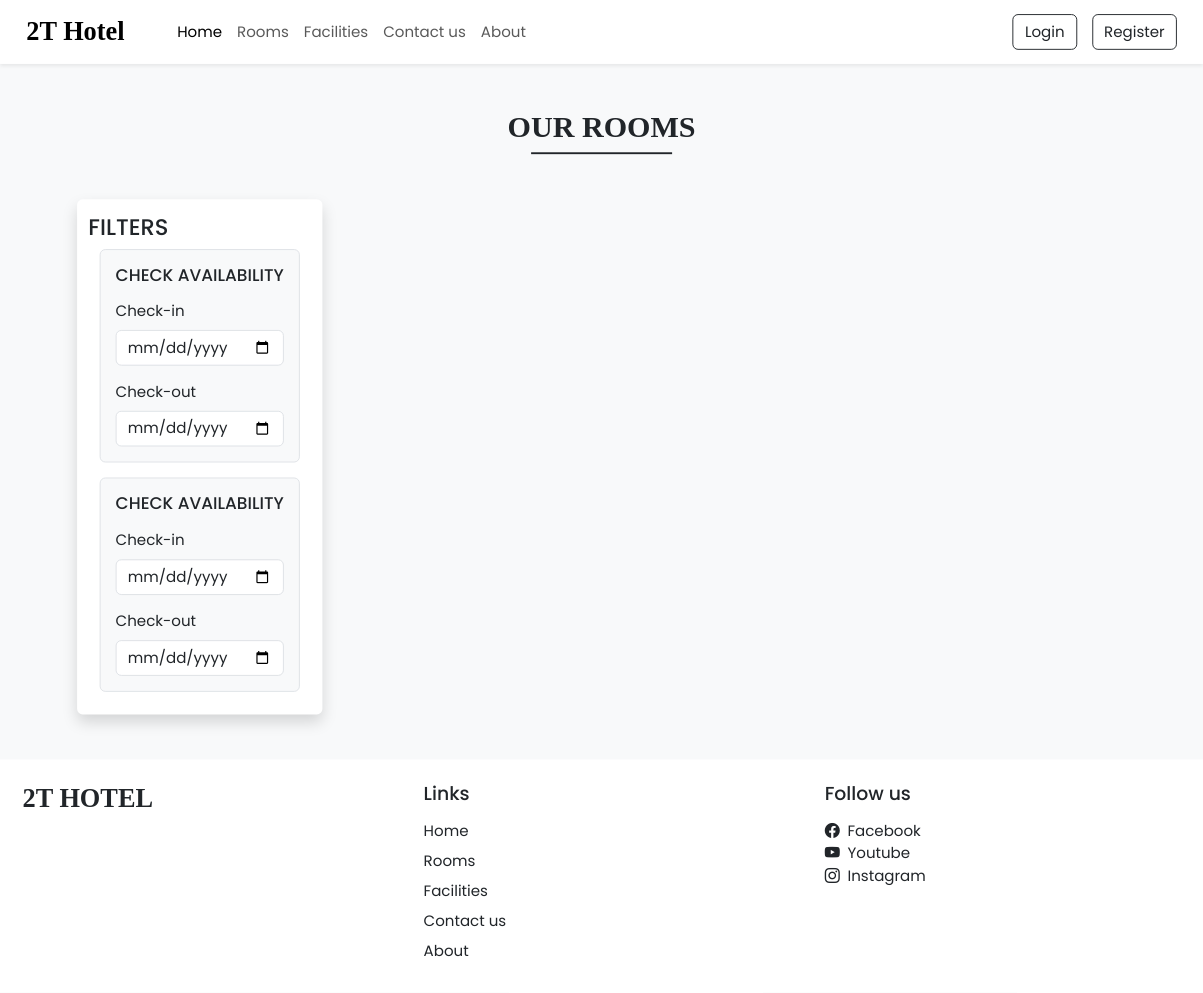
Repository: TaTongThanh2003/DoAnCoSo2024_BookingHotelWebsite
Page: http://localhost/WebsiteBookingHotel/rooms.php
An editor plug-in stored every save of this project. The page is shown before and after the next save, followed by the edit.
The browser window is 1280 px wide. The pictures show the whole page, at 94% of full size.
Some web fonts or font styles are not loaded; a fallback is used. The page is run by PHP 8.4 with error messages shown; the project is at /var/www/html/.

Above is the page before, as saved 2024-03-22 16:02:55.

### WebsiteBookingHotel/rooms.php
<!DOCTYPE html>
<html lang="en">

<head>
    <meta charset="UTF-8">
    <meta http-equiv="X-UA-Compatible" content="IE-edge">
    <meta name="viewport" content="width=device-width, initial-scale=1.0">
    <title>2T Hotel - ROOMS</title>
    <?php require('inc/links.php'); ?>
    <style>
    .pop:hover {
        border-top-color: var(--teal) !important;
        transform: scale(1.03);
        transition: all 0.3s;
    }
    </style>
    <link rel="stylesheet" href="https://cdn.jsdelivr.net/npm/swiper@11/swiper-bundle.min.css" />
    <style>
    @media screen and (max-width: 575px) {
        .availability-form {
            margin: 25px;
            padding: 0 35px;
        }
    }
    </style>
</head>

<body class="bg-light">
    <?php require('inc/header.php'); ?>

    <div class="my-5 px-4">
        <h2 class="fw-bold h-font text-center">OUR ROOMS</h2>
        <div class="h-line bg-dark"></div>
    </div>
    <div class="container">
        <div class="row">
            <div class="col-lg-3">
                <nav class="navbar navbar-expand-lg navbar-light bg-white rounded shadow ">
                    <div class="container-fluid flex-lg-column align-items-stretch">
                        <h4 class="mt-2">FILTERS</h4>
                        <button class="navbar-toggler" type="button" data-bs-toggle="collapse"
                            data-bs-target="#navbarNav" aria-controls="filterDropdown" aria-expanded="false"
                            aria-label="Toggle navigation">
                            <span class="navbar-toggler-icon"></span>
                        </button>
                        <div class="collapse navbar-collapse flex-column" id="filterDropdown">
                            <div class="border bg-light p-3 rounded mb-3">
                                <h5 class="mb-3" style="font-size: 18px;">CHECK AVAILABILITY</h5>
                                <label class="form-label">Check-in</label>
                                <input type="date" class="form-control shadow-none mb-3">
                                <label class="form-label">Check-out</label>
                                <input type="date" class="form-control shadow-none">
                            </div>
                            <div class="border bg-light p-3 rounded mb-3">
                                <h5 class="mb-3" style="font-size: 18px;">CHECK AVAILABILITY</h5>
                                <label class="form-label">Check-in</label>
                                <input type="date" class="form-control shadow-none mb-3">
                                <label class="form-label">Check-out</label>
                                <input type="date" class="form-control shadow-none">
                            </div>
                        </div>
                    </div>
                </nav>
            </div>
        </div>
    </div>

    <!-- footer -->
    <?php require('inc/footer.php'); ?>




    <!-- <script src="https://cdn.jsdelivr.net/npm/swiper@11/swiper-bundle.min.js"></script>
    <script src="https://cdn.jsdelivr.net/npm/bootstrap@5.3.3/dist/js/bootstrap.bundle.min.js"
        integrity="sha384-YvpcrYf0tY3lHB60NNkmXc5s9fDVZLESaAA55NDzOxhy9GkcIdslK1eN7N6jIeHz" crossorigin="anonymous">
    </script> -->
    <!-- <script>
    var swiper = new Swiper(".swiper-container", {
        spaceBetween: 30,
        effect: "fade",
        loop: true,
        autoplay: {
            delay: 3500,
            disableOnInteraction: false,
        }
    });
    var swiper = new Swiper(".swiper-testimonials", {
        effect: "coverflow",
        grabCursor: true,
        centeredSlides: true,
        slidesPerView: "auto",
        slidesPerView: "3",
        loop: true,
        coverflowEffect: {
            rotate: 50,
            stretch: 0,
            depth: 100,
            modifier: 1,
            slideShadows: false,
        },
        pagination: {
            el: ".swiper-pagination",
        },
        breakpoints: {
            320: {
                slidesPerView: 1,
            },
            640: {
                slidesPerView: 1,
            },
            768: {
                slidesPerView: 2,
            },
            1024: {
                slidesPerView: 3,
            },
        }
    });
    </script> -->
</body>

</html>

### WebsiteBookingHotel/inc/links.php
<link href="https://cdn.jsdelivr.net/npm/bootstrap@5.3.3/dist/css/bootstrap.min.css" rel="stylesheet"
    integrity="sha384-QWTKZyjpPEjISv5WaRU9OFeRpok6YctnYmDr5pNlyT2bRjXh0JMhjY6hW+ALEwIH" crossorigin="anonymous">
<link href="https://fonts.googleapis.com/css2?family=Merienda:wght@400;700&family=Poppins:wght@400;500;600&display=swap"
    rel="stylesheet">
<link rel="stylesheet" href="https://cdn.jsdelivr.net/npm/bootstrap-icons@1.11.3/font/bootstrap-icons.min.css">
<link rel="stylesheet" href="css/common.css">

### WebsiteBookingHotel/inc/header.php
<nav class="navbar navbar-expand-lg navbar-light bg-white px-lg-3 py-lg-2 shadow-sm sticky-top">
    <div class="container-fluid">
        <a class="navbar-brand me-5 fw-bold fs-3 h-font" href="index.php">2T Hotel</a>
        <button class="navbar-toggler shadow-none" type="button" data-bs-toggle="collapse"
            data-bs-target="#navbarSupportedContent" aria-controls="navbarSupportedContent" aria-expanded="false"
            aria-label="Toggle navigation">
            <span class="navbar-toggler-icon"></span>
        </button>
        <div class="collapse navbar-collapse" id="navbarSupportedContent">
            <ul class="navbar-nav me-auto mb-2 mb-lg-0">
                <li class="nav-item">
                    <a class="nav-link active" aria-current="page" href="index.php">Home</a>
                </li>
                <li class="nav-item">
                    <a class="nav-link" href="rooms.php">Rooms</a>
                </li>
                <li class="nav-item">
                    <a class="nav-link" href="facilities.php">Facilities</a>
                </li>
                <li class="nav-item">
                    <a class="nav-link" href="contact.php">Contact us</a>
                </li>
                <li class="nav-item">
                    <a class="nav-link" href="about.php">About</a>
                </li>
            </ul>
            <div class="d-flex">
                <button type="button" class="btn btn-outline-dark shadow-none me-lg-3 me-2" data-bs-toggle="modal"
                    data-bs-target="#loginModal">
                    Login
                </button>
                <button type="button" class="btn btn-outline-dark shadow-none " data-bs-toggle="modal"
                    data-bs-target="#registerModal">
                    Register
                </button>
            </div>
        </div>
    </div>
</nav>

<!-- login -->
<div class="modal fade" id="loginModal" data-bs-backdrop="static" data-bs-keyboard="false" tabindex="-1"
    aria-labelledby="staticBackdropLabel" aria-hidden="true">
    <div class="modal-dialog">
        <div class="modal-content">
            <form>
                <div class="modal-header">
                    <h5 class="modal-title d-flex align-item-center">
                        <i class="bi bi-person-circle fs-5 me-2"></i> User login
                    </h5>
                    <button type="reset" class="btn-close shadow-none" data-bs-dismiss="modal"
                        aria-label="Close"></button>
                </div>
                <div class="modal-body">
                    <div class="mb-3">
                        <label class="form-label">Email address</label>
                        <input type="email" class="form-control shadow-none">
                    </div>
                    <div class="mb-4">
                        <label class="form-label">Password</label>
                        <input type="password" class="form-control shadow-none">
                    </div>
                    <div class="d-flex align-items-center justify-content-between mb-2">
                        <button type="submit" class="btn btn-dark shadow-none">LOGIN</button>
                        <a href="javascript: void(0)" class="text-secondary text-decoration-none">Forgot
                            Password?</a>
                    </div>
                </div>
            </form>
        </div>
    </div>
</div>

<!-- Register -->
<div class="modal fade" id="registerModal" data-bs-backdrop="static" data-bs-keyboard="false" tabindex="-1"
    aria-labelledby="staticBackdropLabel" aria-hidden="true">
    <div class="modal-dialog modal-lg">
        <div class="modal-content">
            <form>
                <div class="modal-header">
                    <h5 class="modal-title d-flex align-item-center">
                        <i class="bi bi-person-lines-fill fs-5 me-2"></i>
                        User Registration
                    </h5>
                    <button type="reset" class="btn-close shadow-none" data-bs-dismiss="modal"
                        aria-label="Close"></button>
                </div>
                <div class="modal-body">
                    <span class="badge rounded-pill bg-light text-dark mb-3 text-wrap lh-base">
                        Note: Your details must match with your ID (Aadhar card, passport, driving license, etc.)
                        that will be required dring check-in.
                    </span>
                    <div class="container-fluid">
                        <div class="row">
                            <!-- Name -->
                            <div class="col-md-6 ps-0 mb-3">
                                <label class="form-label">Name</label>
                                <input type="text" class="form-control shadow-none">
                            </div>
                            <!-- Email -->
                            <div class="col-md-6 p-0 mb-3">
                                <label class="form-label">Email</label>
                                <input type="email" class="form-control shadow-none">
                            </div>
                            <!-- Phone Number -->
                            <div class="col-md-6 ps-0 mb-3">
                                <label class="form-label">Phone Number</label>
                                <input type="number" class="form-control shadow-none">
                            </div>
                            <!-- Picture -->
                            <div class="col-md-6 p-0 mb-3">
                                <label class="form-label">Picture</label>
                                <input type="file" class="form-control shadow-none">
                            </div>
                            <!-- Address -->
                            <div class="col-md-12 p-0 mb-3">
                                <label class="form-label">Address</label>
                                <textarea class="form-control shadow-none" rows="1"></textarea>
                            </div>
                            <!-- Pincode -->
                            <div class="col-md-6 ps-0 mb-3">
                                <label class="form-label">Pincode</label>
                                <input type="number" class="form-control shadow-none">
                            </div>
                            <!-- Date of birth -->
                            <div class="col-md-6 p-0 mb-3">
                                <label class="form-label">Date of birth</label>
                                <input type="date" class="form-control shadow-none">
                            </div>
                            <!-- Password -->
                            <div class="col-md-6 ps-0 mb-3">
                                <label class="form-label">Password</label>
                                <input type="password" class="form-control shadow-none">
                            </div>
                            <!-- Comfirm Password -->
                            <div class="col-md-6 p-0 mb-3">
                                <label class="form-label">Comfirm Password</label>
                                <input type="password" class="form-control shadow-none">
                            </div>
                        </div>
                    </div>
                    <div class="text-center my-1">
                        <button type="submit" class="btn btn-dark shadow-none">REGISTER</button>
                    </div>
                </div>
            </form>
        </div>
    </div>
</div>

### WebsiteBookingHotel/inc/footer.php
<div class="container-fluid bg-white mt-5">
    <div class="row">
        <div class="col-lg-4 p-4">
            <h3 class="h-font fw-bold fs-3">2T HOTEL</h3>
            <p>

            </p>
        </div>
        <div class="col-lg-4 p-4">
            <h5 class="mb-3">Links</h5>
            <a href="#" class="d-inline-block mb-2 text-dark text-decoration-none">Home</a><br>
            <a href="#" class="d-inline-block mb-2 text-dark text-decoration-none">Rooms</a><br>
            <a href="#" class="d-inline-block mb-2 text-dark text-decoration-none">Facilities</a><br>
            <a href="#" class="d-inline-block mb-2 text-dark text-decoration-none">Contact us</a><br>
            <a href="#" class="d-inline-block mb-2 text-dark text-decoration-none">About</a>
        </div>
        <div class="col-lg-4 p-4">
            <h5 class="mb-3">Follow us</h5>
            <a href="#" class="d-inline-block text-dark text-decoration-none md-2">
                <i class="bi bi-facebook me-1"></i> Facebook
            </a><br>
            <a href="#" class="d-inline-block text-dark text-decoration-none md-2">
                <i class="bi bi-youtube me-1"></i> Youtube
            </a><br>
            <a href="#" class="d-inline-block text-dark text-decoration-none ">
                <i class="bi bi-instagram me-1"></i> Instagram
            </a><br>
        </div>
    </div>
</div>

### WebsiteBookingHotel/css/common.css
:root{
    --teal: #2ec1ac;
    --teal_hover: #279e8c;
}

* {
    font-family: 'Poppins', sans-serif;
}

.h-font {
    font-family: 'Merienda', cursive;
}

input::-webkit-outer-spin-button,
input::-webkit-inner-spin-button {
    -webkit-appearance: none;
    margin: 0;
}

/* input[type=number] {
    -moz-appearance: textfield;
} */

.custom-bg {
    background-color: var(--teal);
    border: 1px solid var(--teal);
}

.custom-bg:hover {
    background-color: var(--teal_hover);
    border-color: var(--teal_hover);
}

.availability-form {
    margin-top: -50px;
    z-index: 2;
    position: relative;
}
.h-line{
    width: 150px ;
    margin: 0 auto;
    height: 1.7px;
}

After the next save:
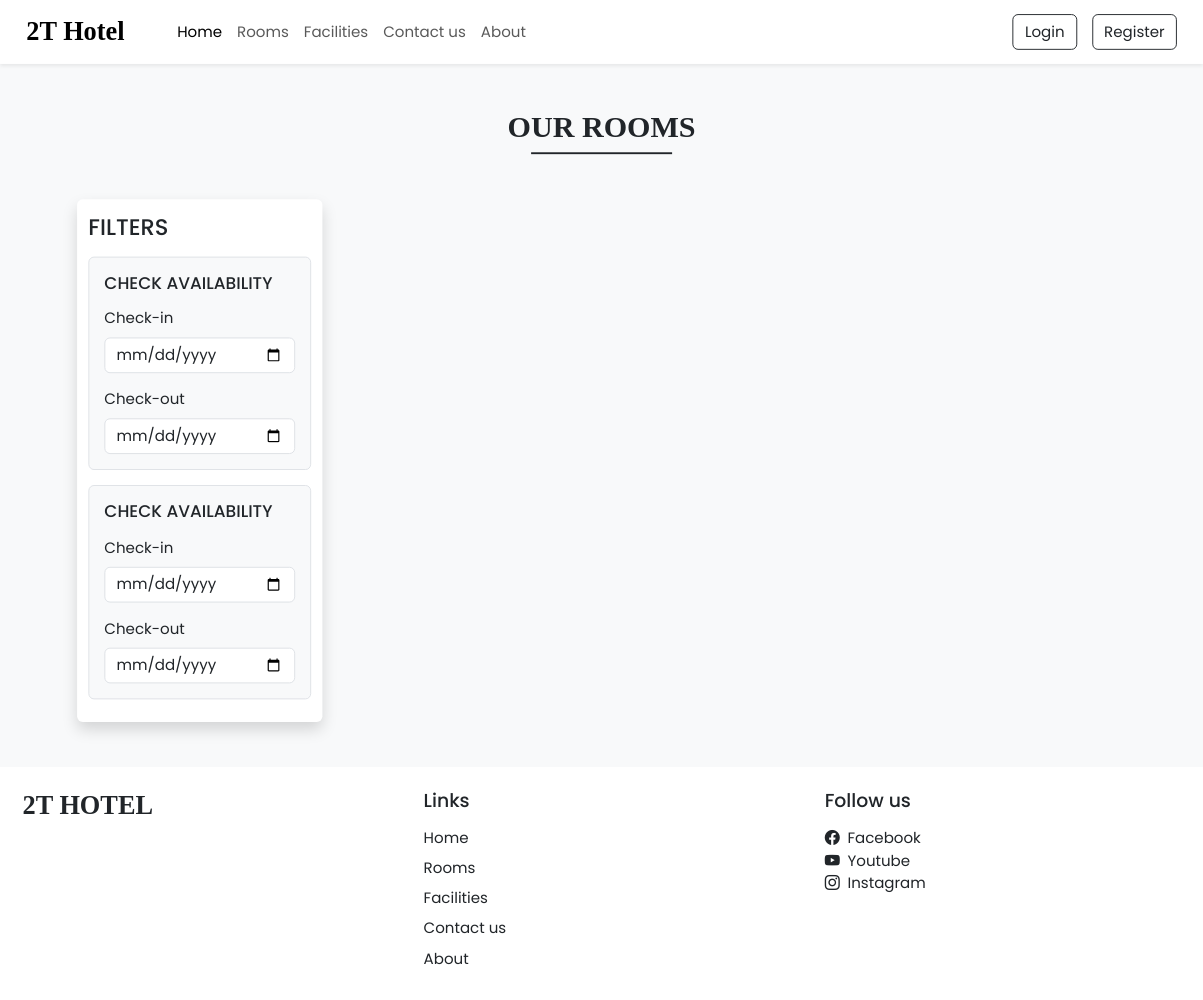
Saved 26 s later.
--- a/WebsiteBookingHotel/rooms.php
+++ b/WebsiteBookingHotel/rooms.php
@@ -43,7 +43,7 @@
                             aria-label="Toggle navigation">
                             <span class="navbar-toggler-icon"></span>
                         </button>
-                        <div class="collapse navbar-collapse flex-column" id="filterDropdown">
+                        <div class="collapse navbar-collapse flex-column align-items-stretch mt-2" id="filterDropdown">
                             <div class="border bg-light p-3 rounded mb-3">
                                 <h5 class="mb-3" style="font-size: 18px;">CHECK AVAILABILITY</h5>
                                 <label class="form-label">Check-in</label>
